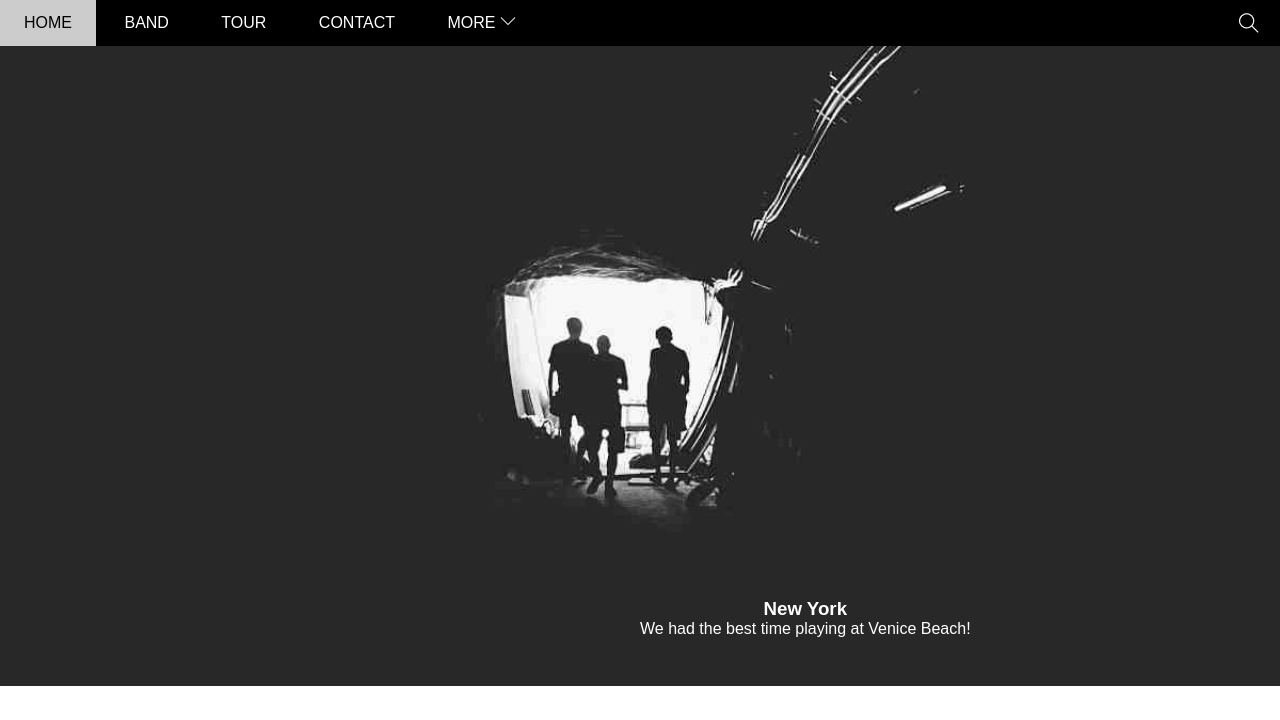
Repository: minhnguyennn/w3_band_music
Page: index.html
An editor plug-in stored every save of this project. The page is shown before and after the next save, followed by the edit.
The browser window is 1280 px wide. The pictures show the whole page.

Above is the page before, as saved 2023-02-18 20:32:16.

### index.html
<!DOCTYPE html>
<html lang="en">
<head>
    <meta charset="UTF-8">
    <meta http-equiv="X-UA-Compatible" content="IE=edge">
    <meta name="viewport" content="width=device-width, initial-scale=1.0">
    <title>Document</title>
    <link rel="stylesheet" href="./assets/css/style.css">
    <link rel="stylesheet" href="./assets/fonts/themify-icons-font/themify-icons/themify-icons.css">
</head>
<body>
    <div id="main">
        <div id="header">
            <!-- Begin: nav -->
            <ul id="nav">
                <li><a href="">Home</a></li>
                <li><a href="">Band</a></li>
                <li><a href="">Tour</a></li>
                <li><a href="">Contact</a></li>
                <li>
                    <a href="">
                        More
                        <i class="nav-arrow-down ti-angle-down"></i>
                    </a>
                    <ul class="subnav">
                        <li><a href="">Merchandise</a></li>
                        <li><a href="">Extras</a></li>
                        <li><a href="">Media</a></li>
                    </ul>
                </li>
            </ul>
            <!-- End: nav -->

            <!-- Begin: search button -->
            <div class="search-btn">
                <i class="search-icon ti-search"></i>
            </div>
            <!-- End: search button -->

        </div>

        <div id="slider">
            <div class="text-content">
                <h3 class="text-heading">New York</h3>
                <div class="text-description">We had the best time playing at Venice Beach!</div>
            </div>
        </div>

        <div id="content">

        </div>

        <div id="footer">

        </div>

    </div>
</body>
</html>

### assets/css/style.css
/* Reset CSS */
* {
   padding: 0;
   margin: 0;
   box-sizing: border-box;
}

html {
   font-family: Arial, Helvetica, sans-serif;
}

#main {
}

#header {
   position: fixed;
   top: 0;
   left: 0;
   right: 0;
   height: 46px;
   background-color: #000;
}

#nav {
   display: inline-block;
}

#nav,
.subnav {
   list-style-type: none;
}

#nav > li {
   display: inline-block;
}

#nav li {
   position: relative;
}

#nav > li > a {
   color: #fff;
   text-transform: uppercase;
   padding: 0 24px;
   line-height: 46px;
}

#nav li a {
   text-decoration: none;
   display: inline-block;
}

#nav li:hover .subnav {
   display: block;
}

#nav > li:hover > a {
   color: #000;
   background-color: #ccc;
}

#nav > .nav-arrow-down {
   font-size: 14px;
}

#nav .subnav {
   min-width: 160px;
   display: none;
   position: absolute;
   top: 100%;
   left: 0;
   background-color: #fff;
   box-shadow: 0 0 10px gray;
}

#nav .subnav a {
   color: #000;
   padding: 0 16px;
   line-height: 32px;
}

#nav .subnav li:hover {
   background-color: #ccc;
}

#header > .search-btn {
   float: right;
   padding: 0 21px;
}

#header > .search-btn:hover {
   background-color: red;
   cursor: pointer;
}

#header > .search-btn > .search-icon {
   color: #fff;
   font-size: 20px;
   line-height: 46px;
}

#slider {
   position: relative;
   margin-top: 46px;
   padding-top: 50%;
   background: url("/assets/img/Slider/slider1.jpg") top center / cover no-repeat;
}

#slider > .text-content {
   position: absolute;
   text-align: center;
   bottom: 48px;
   color: #fff;
   left: 50%;
   transform: translateX();
}

#slider > .text-heading {

}

#slider > .text-description {

}


#content {
}

#footer {
}

Loaded but not shown: assets/fonts/themify-icons-font/themify-icons/themify-icons.css (common file)

After the next save:
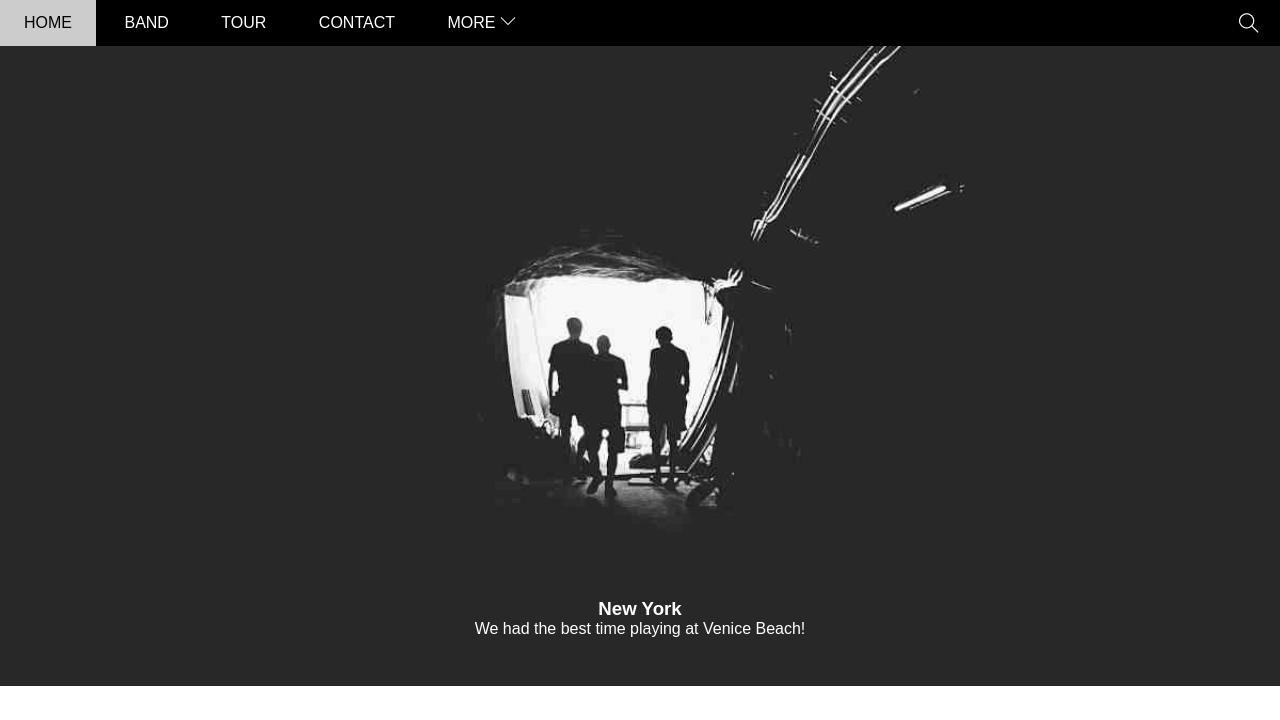
Saved 6 s later.
--- a/assets/css/style.css
+++ b/assets/css/style.css
@@ -112,7 +112,7 @@ html {
    bottom: 48px;
    color: #fff;
    left: 50%;
-   transform: translateX();
+   transform: translateX(-50%);
 }
 
 #slider > .text-heading {
